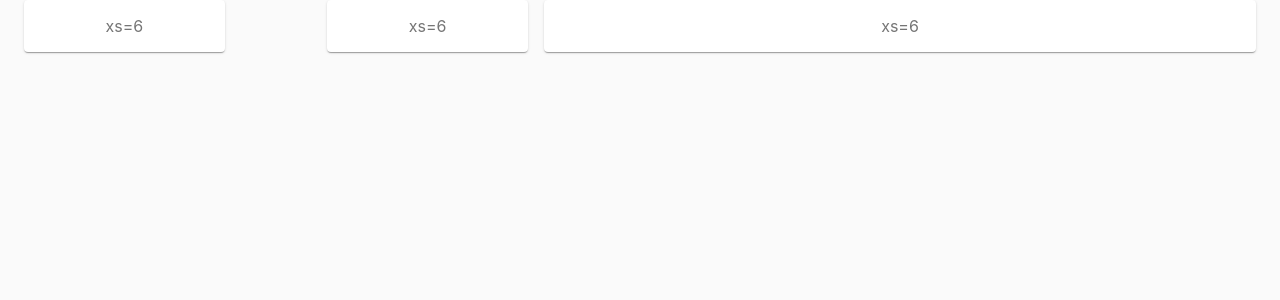
Repository: ranausama48/covid-tracker
Page: /
These files come from the project's save history. The page is drawn as it stood at one moment and after the next save; the edit follows.
The browser window is 1280 px wide. The pictures show the whole page.
The page's requests for data from a server got no answer. The project was rebuilt for these pictures with package versions that can differ from the ones it lists, and the page was loaded fresh each time. No one was signed in, and anything a server would have sent is missing.

Above is the page before, as saved 2020-07-05 21:32:50.

### public/index.html
<!DOCTYPE html>
<html lang="en">
  <head>
    <meta charset="utf-8" />
    <link rel="icon" href="%PUBLIC_URL%/favicon.ico" />
    <meta name="viewport" content="width=device-width, initial-scale=1" />
    <meta name="theme-color" content="#000000" />
    <meta
      name="description"
      content="Web site created using create-react-app"
    />
    <!-- @material Ui links -->
    <link
      rel="stylesheet"
      href="https://fonts.googleapis.com/css?family=Roboto:300,400,500,700&display=swap"
    />
    <link
      rel="stylesheet"
      href="https://fonts.googleapis.com/icon?family=Material+Icons"
    />

    <link rel="apple-touch-icon" href="%PUBLIC_URL%/logo192.png" />
    <!--
      manifest.json provides metadata used when your web app is installed on a
      user's mobile device or desktop. See https://developers.google.com/web/fundamentals/web-app-manifest/
    -->
    <link rel="manifest" href="%PUBLIC_URL%/manifest.json" />
    <!--
      Notice the use of %PUBLIC_URL% in the tags above.
      It will be replaced with the URL of the `public` folder during the build.
      Only files inside the `public` folder can be referenced from the HTML.

      Unlike "/favicon.ico" or "favicon.ico", "%PUBLIC_URL%/favicon.ico" will
      work correctly both with client-side routing and a non-root public URL.
      Learn how to configure a non-root public URL by running `npm run build`.
    -->
    <title>React App</title>
  </head>
  <body>
    <noscript>You need to enable JavaScript to run this app.</noscript>
    <div id="root"></div>
    <!--
      This HTML file is a template.
      If you open it directly in the browser, you will see an empty page.

      You can add webfonts, meta tags, or analytics to this file.
      The build step will place the bundled scripts into the <body> tag.

      To begin the development, run `npm start` or `yarn start`.
      To create a production bundle, use `npm run build` or `yarn build`.
    -->
  </body>
</html>

### src/App.js
import React, { useEffect, useState } from "react";
import { fetchData } from "./api";
import { Container, Grid, Paper, makeStyles } from "@material-ui/core";

import "./App.css";
const useStyles = makeStyles((theme) => ({
  root: {
    flexGrow: 1,
  },
  paper: {
    padding: theme.spacing(2),
    textAlign: "center",
    color: theme.palette.text.secondary,
  },
}));

function App() {
  const classes = useStyles();
  const [state, setstate] = useState({ data: {} });
  useEffect(() => {
    async function getData() {
      const data = await fetchData();
      setstate({ data });
    }
    getData();
  }, []);
  const { data } = state;

  return (
    // <div className="container">
    //   <div>
    //     {/* <Cards data={data} />
    //     <Charts />
    //     <CountryPicker /> */}
    //   </div>
    // </div>
    <div className={classes.root}>
      <Container fluid>
        <Grid container spacing={2}>
          <Grid item md={5} xs={12}>
            <Grid
              container
              spacing={2}
              justify="space-between"
              alignItems="center"
            >
              <Grid item md={5} xs={12}>
                <Paper className={classes.paper}>xs=6</Paper>
              </Grid>
              <Grid item md={5} xs={12}>
                <Paper className={classes.paper}>xs=6</Paper>
              </Grid>
            </Grid>
          </Grid>
          <Grid item md={7} xs={12}>
            <Paper className={classes.paper}>xs=6</Paper>
          </Grid>
        </Grid>
      </Container>
    </div>
  );
}

export default App;

### src/api/index.js
import axios from "axios";
const url = "https://covid19.mathdro.id/api";
export const fetchData = async () => {
  try {
    const { data } = await axios.get(url);
    const { confirmed, recovered, deaths, lastUpdate } = data;
    return {
      confirmed,
      recovered,
      deaths,
      lastUpdate,
    };
  } catch (error) {
    return error;
  }
};
export const fetchDailyData = async () => {
  try {
    const { data } = await axios.get(`${url}/daily`);
    const modifiedData = data.map((dailyData) => ({
      confirmed: dailyData.confirmed.total,
      deaths: dailyData.deaths.total,
      date: dailyData.reportDate,
    }));
    return modifiedData;
  } catch (error) {}
};

### src/App.css
body {
  background-color: rgba(250, 250, 250);
}
.container {
  display: flex;
  justify-content: center;
  align-items: center;
}

Loaded but not shown: src/index.js (common file); src/index.css (common file); src/serviceWorker.js (common file)

After the next save:
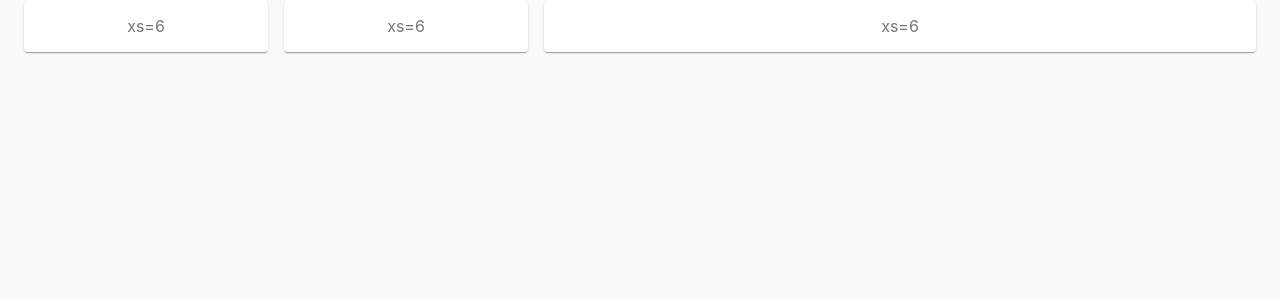
Saved 30 s later.
--- a/src/App.js
+++ b/src/App.js
@@ -44,10 +44,10 @@ function App() {
               justify="space-between"
               alignItems="center"
             >
-              <Grid item md={5} xs={12}>
+              <Grid item md={6} xs={12}>
                 <Paper className={classes.paper}>xs=6</Paper>
               </Grid>
-              <Grid item md={5} xs={12}>
+              <Grid item md={6} xs={12}>
                 <Paper className={classes.paper}>xs=6</Paper>
               </Grid>
             </Grid>
